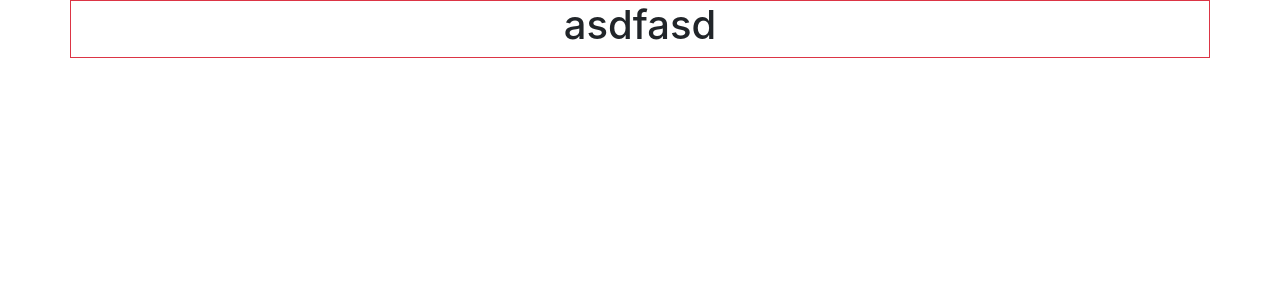
Repository: shankaraswal/react-multiple-ex
Page: /
The author's editor kept a copy of each file at every save. The page is drawn from the files as they stood at one save, then again after the next save.
The browser window is 1280 px wide. The pictures show the whole page.
The project was rebuilt for these pictures with package versions that can differ from the ones it lists, and the page was loaded fresh each time.

Above is the page before, as saved 2020-02-04 17:16:13.

After the next save:
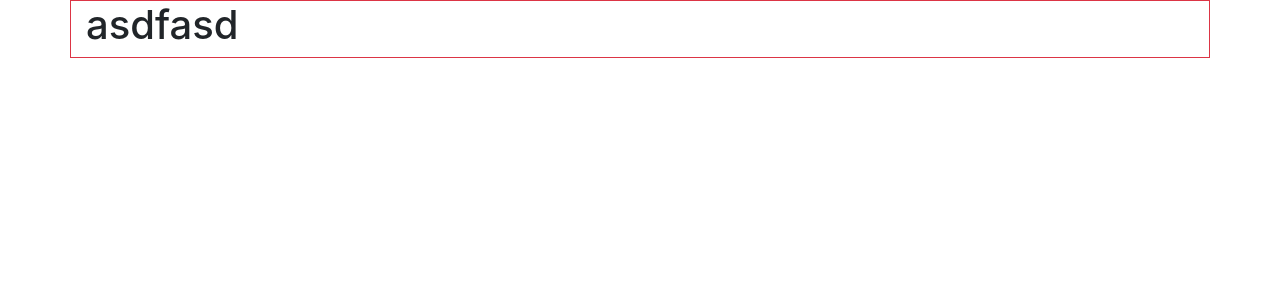
Saved 118 s later.
--- a/src/App.js
+++ b/src/App.js
@@ -1,6 +1,6 @@
 import React from 'react';
-import logo from './logo.svg';
-import './App.css';
+
+
 
 function App() {
   return (
